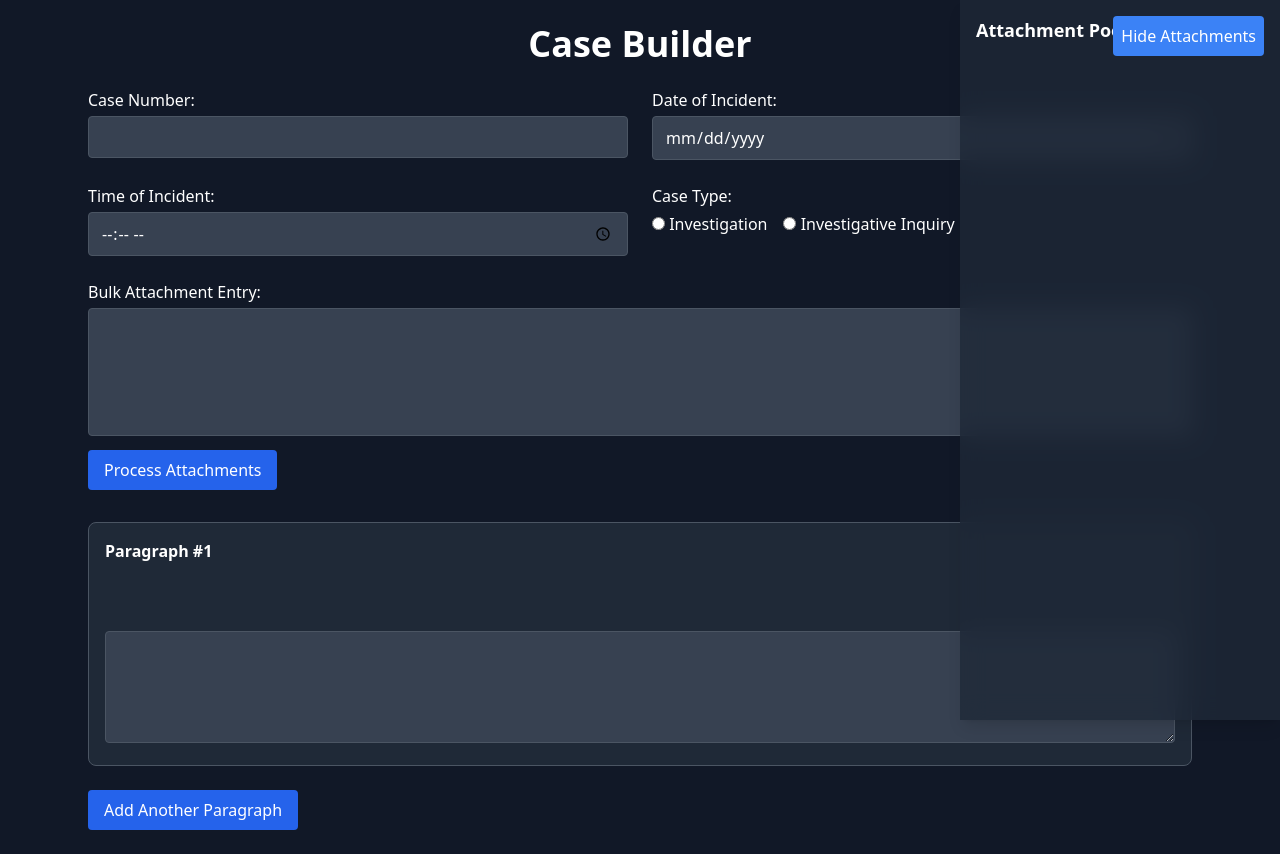
Repository: GettinLudes/CaseBuilder
Page: /
An editor plug-in stored every save of this project. The page is shown before and after the next save, followed by the edit.
The browser window is 1280 px wide. The pictures show the whole page.
The project was rebuilt for these pictures with package versions that can differ from the ones it lists, and the page was loaded fresh each time. Also part of the build but not shown: svelte.config.js, vite.config.js.

Above is the page before, as saved 2025-04-11 13:41:27.

### index.html
<!DOCTYPE html>
<html lang="en">
	<head>
		<meta charset="UTF-8" />
		<meta name="viewport" content="width=device-width, initial-scale=1.0" />
		<title>Case Report Builder</title>
	</head>
	<body class="bg-gray-900 text-white">
		<div id="app"></div>
		<script type="module" src="/src/main.js"></script>
	</body>
</html>

### src/App.svelte
<script>
	import { onMount, tick } from 'svelte';
	import gsap from 'gsap';
	import Sortable from 'sortablejs';

	let caseNumber = '';
	let incidentDate = '';
	let incidentTime = '';
	let caseType = '';
	let reportableEmail = 'no';
	let bulkAttachmentInput = '';

	let allAttachments = [];
	let paragraphs = [{ content: '', attachments: [], typeOptions: [] }];
	let showDrawer = true;

	function resizeTextarea(e) {
		e.target.style.height = 'auto';
		e.target.style.height = e.target.scrollHeight + 'px';
	}

	function processBulkAttachments() {
		const lines = bulkAttachmentInput.split('\n').map(line => line.trim()).filter(Boolean);
		allAttachments = lines.map((raw, i) => {
			const [type, name, date] = raw.split(',').map(part => part.trim());
			return {
				id: crypto.randomUUID(),
				index: i,
				raw,
				type: type || 'Unknown',
				name: name || 'UNKNOWN',
				date: date || 'UNKNOWN DATE',
				text: raw
			};
		});
		initDragDrop();
	}

	async function addParagraph() {
		paragraphs = [...paragraphs, { content: '', attachments: [], typeOptions: [] }];
		await tick();
		const last = document.querySelectorAll('.paragraph-block');
		const el = last[last.length - 1];
		gsap.fromTo(el, { opacity: 0, y: 50 }, { opacity: 1, y: 0, duration: 0.4 });
	}

	function deleteParagraph(index) {
		if (index === 0) return;
		paragraphs.splice(index, 1);
	}

	function removeAttachment(pIndex, attId) {
		paragraphs[pIndex].attachments = paragraphs[pIndex].attachments.filter(a => a.id !== attId);
	}

	function dropAttachment(index, id) {
		const att = allAttachments.find(a => a.id === id);
		if (!att || index === 0) return;
		paragraphs[index].attachments.push(att);
		triggerDynamicOptions(index, att);
	}

	function triggerDynamicOptions(index, att) {
		if (!paragraphs[index].typeOptions) paragraphs[index].typeOptions = [];
		const options = [];

		if (att.text.toLowerCase().includes('incident report')) {
			options.push('incidentType');
		} else if (att.text.toLowerCase().includes('living unit history')) {
			options.push('livingUnit');
		} else if (att.text.toLowerCase().includes('dvd')) {
			const photo = allAttachments.find(a => a.text.toLowerCase().includes('photographs'));
			if (photo) paragraphs[index].attachments.push(photo);
			options.push('dvd');
		} else if (att.text.toLowerCase().includes('outpatient progress')) {
			options.push('oopn');
		}
		paragraphs[index].typeOptions.push(...options);
	}

	function initDragDrop() {
		setTimeout(() => {
			document.querySelectorAll('[data-paragraph-index]').forEach((el, idx) => {
				Sortable.create(el, {
					group: 'attachments',
					animation: 150,
					onAdd: evt => {
  const id = evt.item.dataset.id;
  const toPara = evt.to.closest('.paragraph-block');
  const paraIndex = Array.from(document.querySelectorAll('.paragraph-block')).indexOf(toPara);

  if (paraIndex === 0) {
    evt.from.appendChild(evt.item);
    evt.item.title = 'Chill out Becky';
    return;
  }

  dropAttachment(paraIndex, id);
}

				});
			});

			const pool = document.getElementById('attachmentPool');
			if (pool) {
				Sortable.create(pool, {
					group: 'attachments',
					animation: 150,
					sort: false,
				});
			}
		}, 0);
	}

	onMount(initDragDrop);
</script>

<main class="p-6 text-white bg-gray-900 min-h-screen max-w-6xl mx-auto">
	<h1 class="text-4xl font-bold mb-6 text-center">Case Builder</h1>

	<!-- Form Inputs -->
	<div class="mb-6 grid grid-cols-2 gap-6">
		<div>
			<label class="block mb-1">Case Number:</label>
			<input bind:value={caseNumber} class="input-field" />
		</div>
		<div>
			<label class="block mb-1">Date of Incident:</label>
			<input type="date" bind:value={incidentDate} class="input-field" />
		</div>
		<div>
			<label class="block mb-1">Time of Incident:</label>
			<input type="time" bind:value={incidentTime} class="input-field" />
		</div>
		<div>
			<label class="block mb-1">Case Type:</label>
			<div class="flex gap-4">
				<label><input type="radio" bind:group={caseType} value="Investigation" /> Investigation</label>
				<label><input type="radio" bind:group={caseType} value="Investigative Inquiry" /> Investigative Inquiry</label>
			</div>
		</div>
	</div>

	<!-- Bulk Attachment Input -->
	<div class="mb-6">
		<label class="block mb-1">Bulk Attachment Entry:</label>
		<textarea bind:value={bulkAttachmentInput} on:input={resizeTextarea} class="input-field h-32"></textarea>
		<button class="button mt-2" on:click={processBulkAttachments}>Process Attachments</button>
	</div>

	<!-- Toggle Drawer -->
	<button class="fixed right-4 top-4 z-50 bg-blue-500 text-white p-2 rounded" on:click={() => showDrawer = !showDrawer}>
		{showDrawer ? 'Hide' : 'Show'} Attachments
	</button>

	<!-- Drawer for Attachment Pool -->
	<div class={`fixed top-0 right-0 h-full bg-gray-800/80 backdrop-blur-md p-4 shadow-lg transition-transform transform ${showDrawer ? 'translate-x-0' : 'translate-x-full'} w-80 overflow-y-auto z-40`}>

		<h2 class="text-lg font-semibold mb-2">Attachment Pool</h2>
		<ul id="attachmentPool" class="drag-and-drop__items text-xs">
			{#each allAttachments as att, i (att.id)}
				<li class="drag-and-drop__item" data-id={att.id}>{i + 1}. {att.text || att.raw}</li>
			{/each}
		</ul>
	</div>

	<!-- Paragraphs -->
	<div class="space-y-6 mt-8">
		{#each paragraphs as para, index (index)}
			<div class="paragraph-block bg-gray-800 p-4 rounded-lg border border-gray-600">
				<h2 class="font-semibold mb-2">Paragraph #{index + 1}</h2>
				<ul class="drag-and-drop__items" data-paragraph-index>
					{#each para.attachments as att, aIndex (att.id + '-' + aIndex)}
						<li class="drag-and-drop__item bg-gray-700">
							📎 {att.text || att.raw}
							<button class="ml-2 text-red-400 hover:text-red-600" on:click={() => removeAttachment(index, att.id)}>Remove</button>
						</li>
					{/each}
				</ul>

				{#each para.typeOptions as opt}
					{#if opt === 'incidentType'}
						<select class="input-field mt-3">
							<option>Select Incident Report Type</option>
							<option value="full">Full transcribed email</option>
							<option value="consistent">Consistent Statement 434</option>
							<option value="refusal">Interview Refusal 434</option>
							<option value="grouped">Grouped Incident Reports</option>
						</select>
					{/if}
					{#if opt === 'livingUnit'}
						<input class="input-field mt-3" placeholder="Enter Cell" />
					{/if}
					{#if opt === 'oopn'}
						<p class="text-xs mt-2">OOPN placeholder auto-text</p>
					{/if}
					{#if opt === 'dvd'}
						<p class="text-xs mt-2">DVD & Photo placeholder auto-text</p>
					{/if}
				{/each}

				<textarea bind:value={para.content} class="input-field mt-3 h-28"></textarea>
				{#if index !== 0}
					<button class="text-sm text-red-400 hover:text-red-600 mt-2" on:click={() => deleteParagraph(index)}>🗑️ Delete</button>
				{/if}
			</div>
		{/each}
	</div>

	<button class="button mt-6" on:click={addParagraph}>Add Another Paragraph</button>
</main>

<style lang="postcss">
	.input-field {
		@apply w-full px-3 py-2 bg-gray-700 text-white border border-gray-600 rounded;
	}
	.button {
		@apply px-4 py-2 bg-blue-600 hover:bg-blue-700 rounded text-white;
	}
	.drag-and-drop__items {
		@apply flex flex-col gap-2 min-h-[3rem];
	}
	.drag-and-drop__item {
		@apply px-3 py-1 bg-gray-700 border border-gray-500 rounded text-sm cursor-move;
	}
</style>

### tailwind.config.cjs
// tailwind.config.cjs
module.exports = {
	content: ["./src/**/*.{html,js,svelte,ts}"],
	theme: {
		extend: {},
	},
	plugins: [],
};

Loaded but not shown: src/main.js (common file); src/app.css (common file)

After the next save:
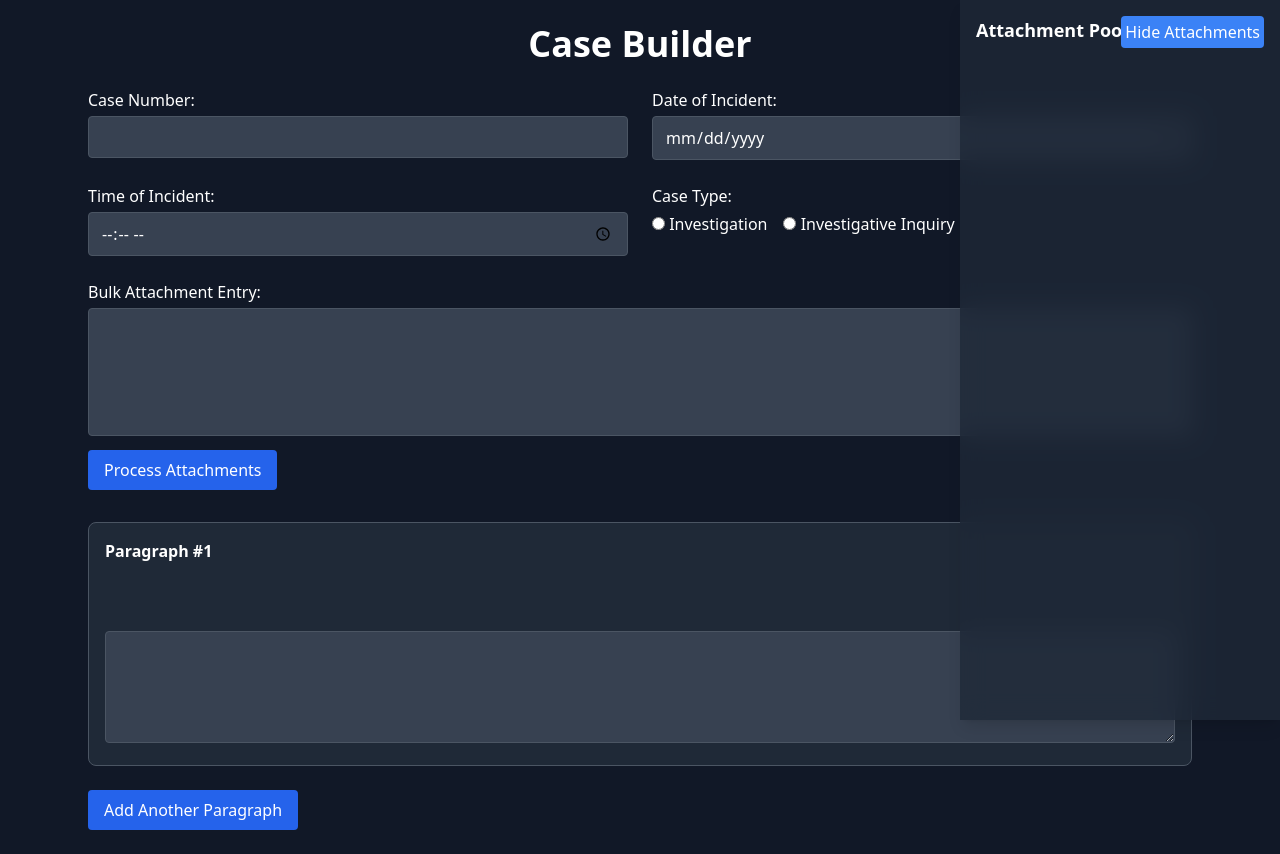
Saved 8 s later.
--- a/src/App.svelte
+++ b/src/App.svelte
@@ -149,7 +149,7 @@
 	</div>
 
 	<!-- Toggle Drawer -->
-	<button class="fixed right-4 top-4 z-50 bg-blue-500 text-white p-2 rounded" on:click={() => showDrawer = !showDrawer}>
+	<button class="fixed right-4 top-4 z-50 bg-blue-500 text-white p-1 rounded" on:click={() => showDrawer = !showDrawer}>
 		{showDrawer ? 'Hide' : 'Show'} Attachments
 	</button>
 
